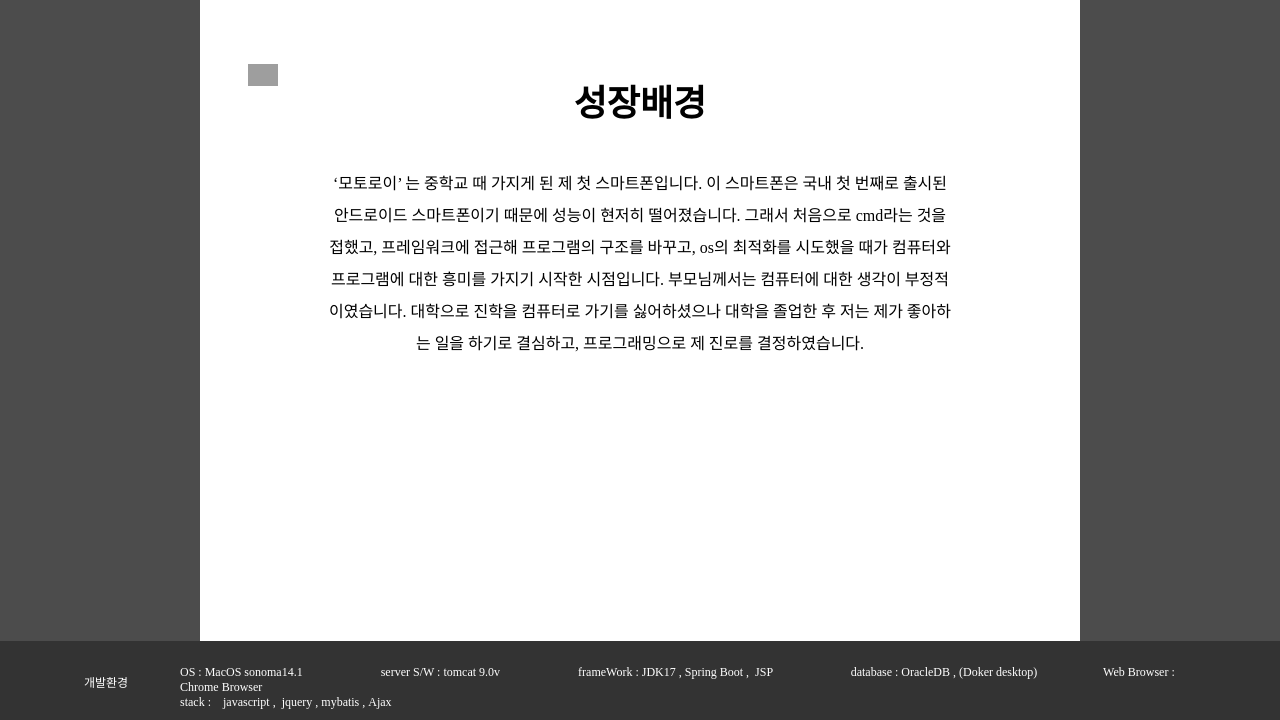
Repository: LeeHaNeul96/Leehaneul
Page: http://localhost/com.introduce/WEB-INF/views/more2.jsp
These files come from the project's save history. The page is drawn as it stood at one moment and after the next save; the edit follows.
The browser window is 1280 px wide. The pictures show the whole page.
Pictures or frames that could not be fetched are drawn as grey boxes. The page is served by Tomcat 9. Nobody is signed in. The template is opened directly, without the code that normally fills it, so the values that code supplies are empty.

Above is the page before, as saved 2023-10-31 10:19:09.
Console error: ReferenceError: $h2Elements is not defined

### com.introduce/src/main/webapp/WEB-INF/views/more2.jsp
<%@ page language="java" contentType="text/html; charset=UTF-8"
    pageEncoding="UTF-8"%>
<!DOCTYPE html>
<html>
<head>
<meta charset="UTF-8">
<title>Insert title here</title>
<script src="https://code.jquery.com/jquery-3.6.0.min.js"></script>

<style type="text/css">
.footer {
	text-align: center;
	padding: 2em 0;
	background-color: #333;
	color: #fff;
	position: fixed;
	bottom: 0;
	left: 0; /* 왼쪽 위치를 0으로 설정합니다. */
	height: 15px;
	width: 100%;
	margin: 0; /* 마진을 0으로 설정합니다. */
}

.footer-dev {
	font-size: 12px;
	text-align: left;
	padding-left: 7em;
}

.footer-content {
	position: absolute; /* 절대 위치 설정 */
	top: 1em; /* 위쪽으로 1em 이동 */
	padding: 1em 8em; /* 양 옆 여백을 설정합니다. */
	height: 200px;
}

.container{
margin-top: 3em;
margin-bottom: 10em;

text-align: center;


}
.left-margin {
 background-color: rgba(0, 0, 0, 0.7); /* 알파 값을 조절하여 투명도 설정 */

    height: 100%;
    width: 200px; /* 원하는 너비로 조절하세요. */
    position: fixed;
    top: 0;
    left: 0;
    z-index: -1;
}

/* 오른쪽 여백 스타일 */
.right-margin {
 background-color: rgba(0, 0, 0, 0.7); /* 알파 값을 조절하여 투명도 설정 */
    height: 100%;
    width: 200px; /* 원하는 너비로 조절하세요. */
    position: fixed;
    top: 0;
    right: 0;
    z-index: -1;
}

h1 {
    font-size: 36px; /* 예를 들어, 원하는 크기로 설정 */
    transition: font-size 1s; /* 글씨 크기 변경에 애니메이션 적용 (선택사항) */
}
h2{
margin-top: 0;

}

.content{
text-align: center;
margin-right: 20em;
margin-left: 20em;
line-height: 2;
}
</style>
</head>
<body>
<script>
$(function() {
    // 모든 h2 태그를 선택하여 배열로 저장합니다.
    var $h1Elements = $("h1");

    // 초기에 모든 h2 태그의 크기를 설정합니다.
    $h1Elements.css("font-size", "36px");

    // 1초(1000 밀리초)마다 h2 태그 배열을 순회하면서 글꼴 크기를 작게 설정합니다.
    var index = 0;
    var interval = setInterval(function() {
        if (index < $h2Elements.length) {
            $h2Elements.eq(index).css("font-size", "25px");
            index++;
        } else {
            clearInterval(interval); // 모든 h2 태그를 처리하면 setInterval을 멈춥니다.
        }
    }, 20); // 1초마다 실행
});
</script>


<div class="left-margin"></div>
<div class="right-margin"></div>

<a href="/main/view"><img style="width:30px; text-align:left; margin-left:15em; margin-top: 3em; margin-bottom: -4em;" alt="" src="/images/free-icon-go-back-left-arrow-61022.png"></a>
<div class="container">
<h1> 성장배경 </h1><br>
<div class="content">
‘모토로이’ 는 중학교 때 가지게 된 제 첫 스마트폰입니다. 이 스마트폰은 국내 첫 번째로 출시된 안드로이드 스마트폰이기 때문에 성능이 현저히 떨어졌습니다. 그래서 처음으로 cmd라는 것을 접했고, 프레임워크에 접근해 프로그램의 구조를 바꾸고, os의 최적화를 시도했을 때가 컴퓨터와 프로그램에 대한 흥미를 가지기 시작한 시점입니다.
부모님께서는 컴퓨터에 대한 생각이 부정적이였습니다. 대학으로 진학을 컴퓨터로 가기를 싫어하셨으나 대학을 졸업한 후 저는 제가 좋아하는 일을 하기로 결심하고, 프로그래밍으로 제 진로를 결정하였습니다.
</div>
</div>



	<div class="footer">
		<div class="footer-dev">
			개발환경
			<div class="footer-content">
				OS : MacOS sonoma14.1
				&nbsp;&nbsp;&nbsp;&nbsp;&nbsp;&nbsp;&nbsp;&nbsp;&nbsp;&nbsp;&nbsp;&nbsp;&nbsp;&nbsp;&nbsp;&nbsp;&nbsp;&nbsp;&nbsp;&nbsp;&nbsp;&nbsp;&nbsp;&nbsp;
				server S/W : tomcat
				9.0v&nbsp;&nbsp;&nbsp;&nbsp;&nbsp;&nbsp;&nbsp;&nbsp;&nbsp;&nbsp;&nbsp;&nbsp;
				&nbsp;&nbsp;&nbsp;&nbsp;&nbsp;&nbsp;&nbsp;&nbsp;&nbsp;&nbsp;&nbsp;&nbsp;
				frameWork : JDK17&nbsp;,&nbsp;Spring Boot&nbsp;, &nbsp;JSP
				&nbsp;&nbsp;&nbsp;&nbsp;&nbsp;&nbsp;&nbsp;&nbsp;&nbsp;&nbsp;&nbsp;&nbsp;&nbsp;&nbsp;&nbsp;&nbsp;&nbsp;&nbsp;&nbsp;&nbsp;&nbsp;&nbsp;&nbsp;&nbsp;
				database : OracleDB&nbsp;,&nbsp;(Doker desktop)
				&nbsp;&nbsp;&nbsp;&nbsp;&nbsp;&nbsp;&nbsp;&nbsp;&nbsp;&nbsp;&nbsp;&nbsp;&nbsp;&nbsp;&nbsp;&nbsp;&nbsp;&nbsp;&nbsp;&nbsp;
				Web Browser : Chrome Browser<br> stack :&nbsp;&nbsp;&nbsp;
				javascript&nbsp;,&nbsp; jquery&nbsp;,&nbsp;mybatis&nbsp;,&nbsp;Ajax
			</div>
		</div>
	</div>
</body>
</html>

After the next save:
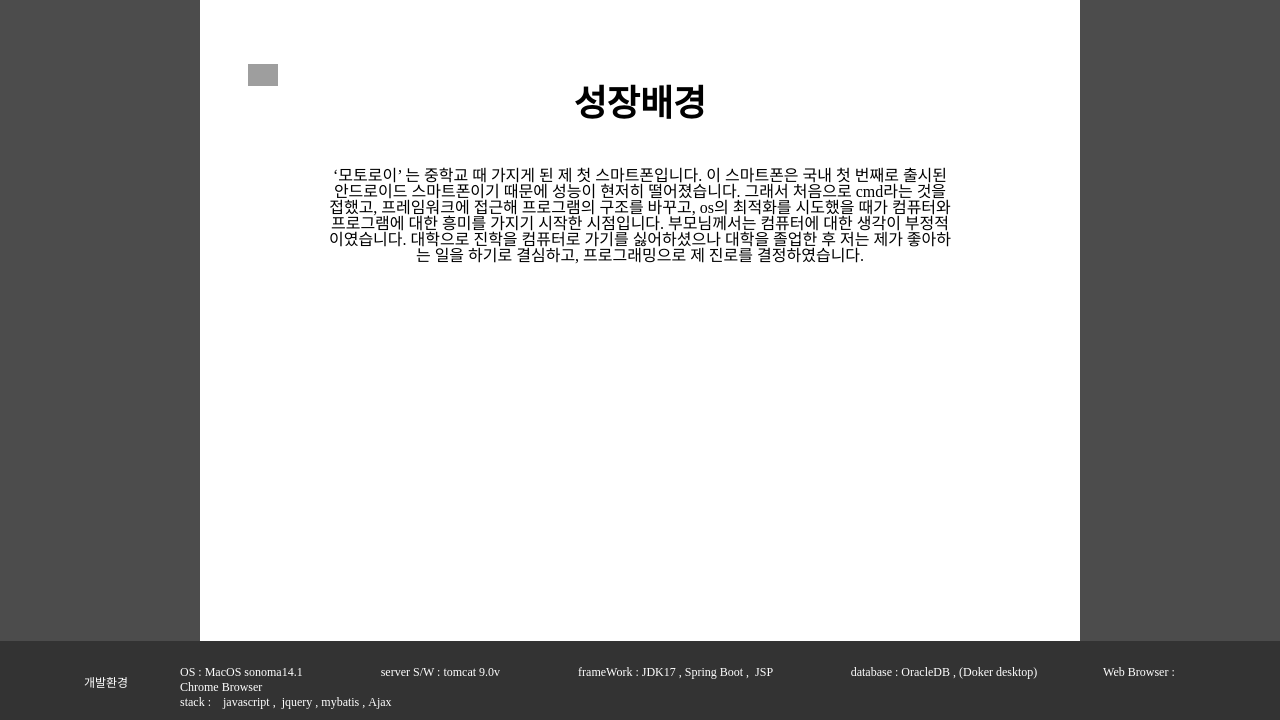
Saved 5 s later.
--- a/com.introduce/src/main/webapp/WEB-INF/views/more2.jsp
+++ b/com.introduce/src/main/webapp/WEB-INF/views/more2.jsp
@@ -77,7 +77,7 @@ margin-top: 0;
 text-align: center;
 margin-right: 20em;
 margin-left: 20em;
-line-height: 2;
+line-height: 1;
 }
 </style>
 </head>
